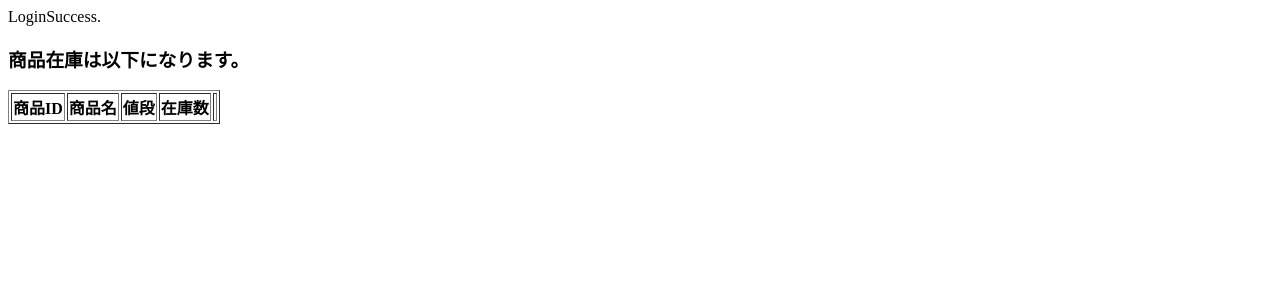
Repository: sachiyuki/java
Page: http://localhost/AdminLogin/adminpage.jsp
These files come from the project's save history. The page is drawn as it stood at one moment and after the next save; the edit follows.
The browser window is 1280 px wide. The pictures show the whole page.
The page is served by Tomcat 9. Other server files are loaded and not shown.

Above is the page before, as saved 2018-03-05 07:56:36.

### AdminLogin/WebContent/adminpage.jsp
<%@ page language="java" contentType="text/html; charset=UTF-8"
    pageEncoding="UTF-8"%>
<%@ taglib prefix="s" uri="/struts-tags" %>
<!DOCTYPE html PUBLIC "-//W3C//DTD HTML 4.01 Transitional//EN" "http://www.w3.org/TR/html4/loose.dtd">
<html>
<head>
<meta http-equiv="Content-Type" content="text/html; charset=UTF-8">
<title>Insert title here</title>
</head>
<body>

LoginSuccess.


<h3>商品在庫は以下になります。</h3>
<s:form>

<table border="1">
<tr>
	<th>商品ID</th>
	<th>商品名</th>
	<th>値段</th>
	<th>在庫数</th>
	<th></th>
</tr>
<s:iterator value="itemList">
<tr>
	<td><s:property value="id"/></td>
	<td><s:property value="itemName"/></td>
	<td><s:property value="itemPrice"/></td>
	<td><s:property value="itemStock"/></td>
	<td>
	<s:form action="itemAction">
		<input type="hidden" name="itemId" value='<s:property value="id"/>'/>
		<s:submit value="編集" method="edit"/>
	</s:form>
	</td>
</tr>
</s:iterator>
</table>
</s:form>


</body>
</html>

After the next save:
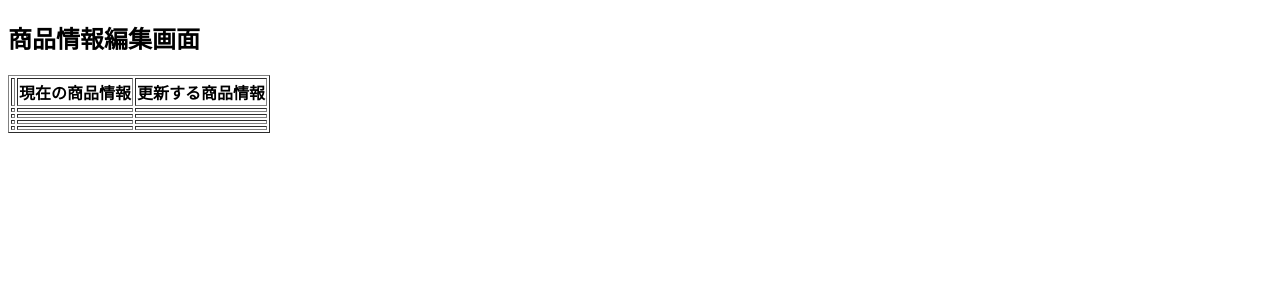
Saved 5 min 38 s later.
--- a/AdminLogin/WebContent/adminpage.jsp
+++ b/AdminLogin/WebContent/adminpage.jsp
@@ -9,34 +9,35 @@
 </head>
 <body>
 
-LoginSuccess.
 
-
-<h3>商品在庫は以下になります。</h3>
+<h2>商品情報編集画面</h2>
 <s:form>
 
 <table border="1">
 <tr>
-	<th>商品ID</th>
-	<th>商品名</th>
-	<th>値段</th>
-	<th>在庫数</th>
 	<th></th>
+	<th>現在の商品情報</th>
+	<th>更新する商品情報</th>
 </tr>
-<s:iterator value="itemList">
 <tr>
+	<td></td>
 	<td><s:property value="id"/></td>
+	<td></td>
+</tr>
+<tr>
+	<td></td>
 	<td><s:property value="itemName"/></td>
+	<td></td>
+</tr>
+<tr>
+	<td></td>
 	<td><s:property value="itemPrice"/></td>
+	<td></td>
+</tr>
+	<td></td>
 	<td><s:property value="itemStock"/></td>
-	<td>
-	<s:form action="itemAction">
-		<input type="hidden" name="itemId" value='<s:property value="id"/>'/>
-		<s:submit value="編集" method="edit"/>
-	</s:form>
-	</td>
+	<td></td>
 </tr>
-</s:iterator>
 </table>
 </s:form>
 
